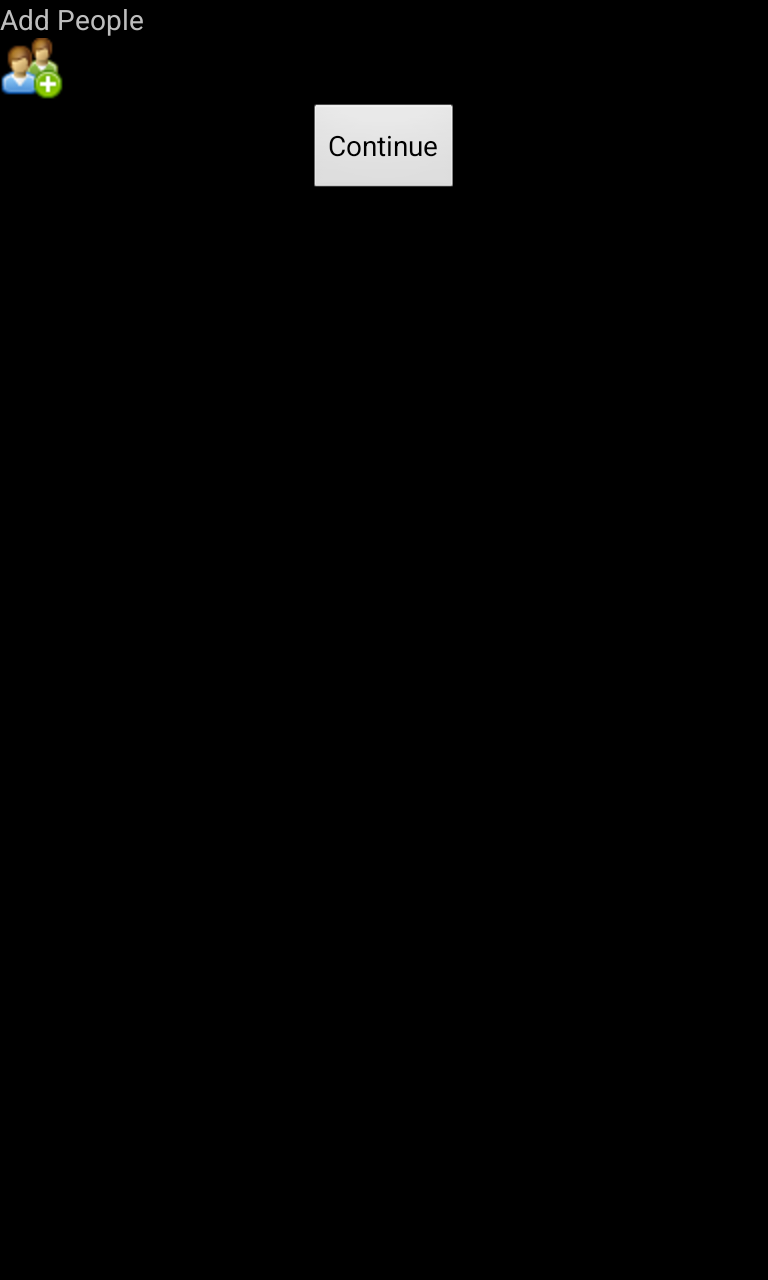
Repository: iyeranan/Expenses
Layout: Expenses/res/layout/main.xml
These files come from the project's save history. The layout is drawn as it stood at one moment and after the next save; the edit follows.
It is drawn on a 768 x 1280 px phone screen (xhdpi) without system bars, with theme android:Theme; the app's code is not run.

Above is the layout before, as saved 2012-01-15 18:59:15.

After the next save:
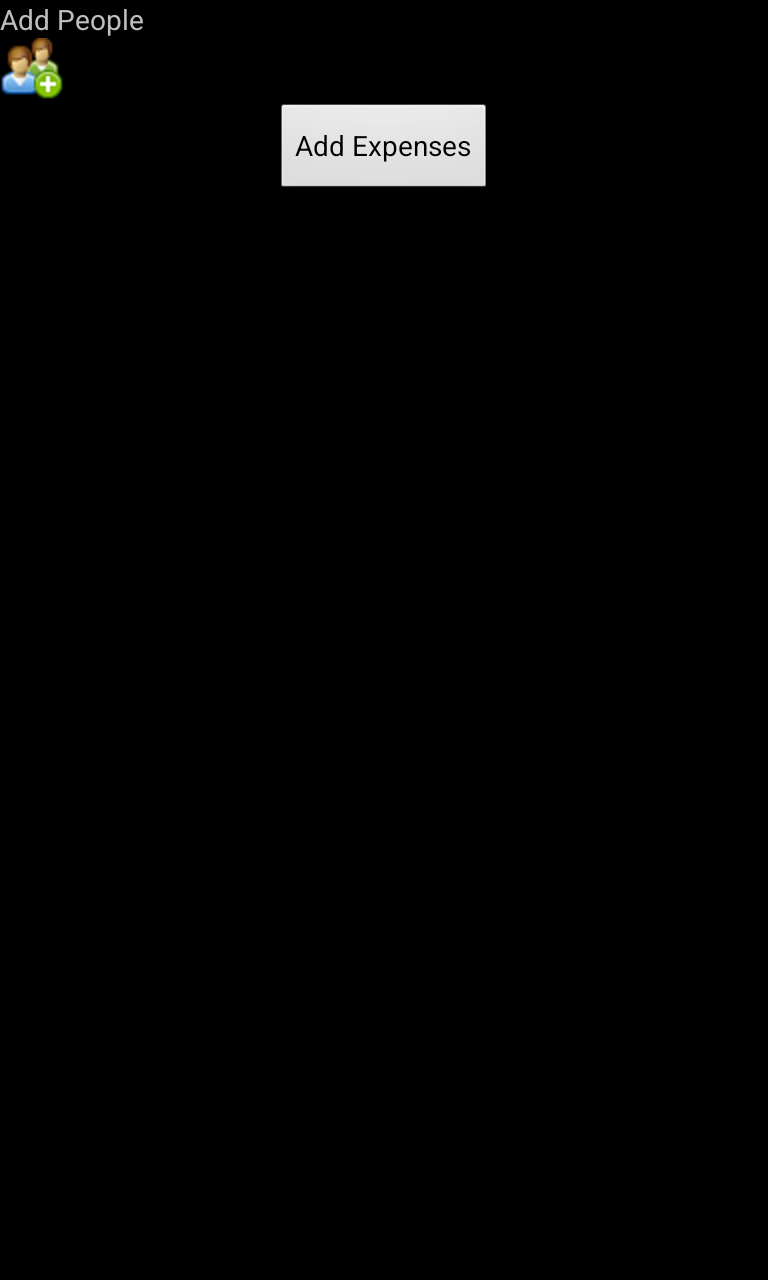
Saved 56 s later.
--- a/Expenses/res/layout/main.xml
+++ b/Expenses/res/layout/main.xml
@@ -11,6 +11,6 @@
 <Button android:layout_width="wrap_content" android:layout_height="wrap_content" android:background="@drawable/add_person" android:id="@+id/btnAddPeople"></Button>
 <TableLayout android:layout_width="fill_parent" android:layout_height="wrap_content" android:id="@+id/tblPersons">
 </TableLayout>
-<Button android:layout_height="wrap_content" android:layout_width="wrap_content" android:layout_gravity="center_vertical|center_horizontal" android:text="Continue" android:id="@+id/btnContinue"></Button>
+<Button android:layout_height="wrap_content" android:layout_width="wrap_content" android:layout_gravity="center_vertical|center_horizontal" android:id="@+id/btnContinue" android:text="Add Expenses"></Button>
 </LinearLayout>
 </ScrollView>
